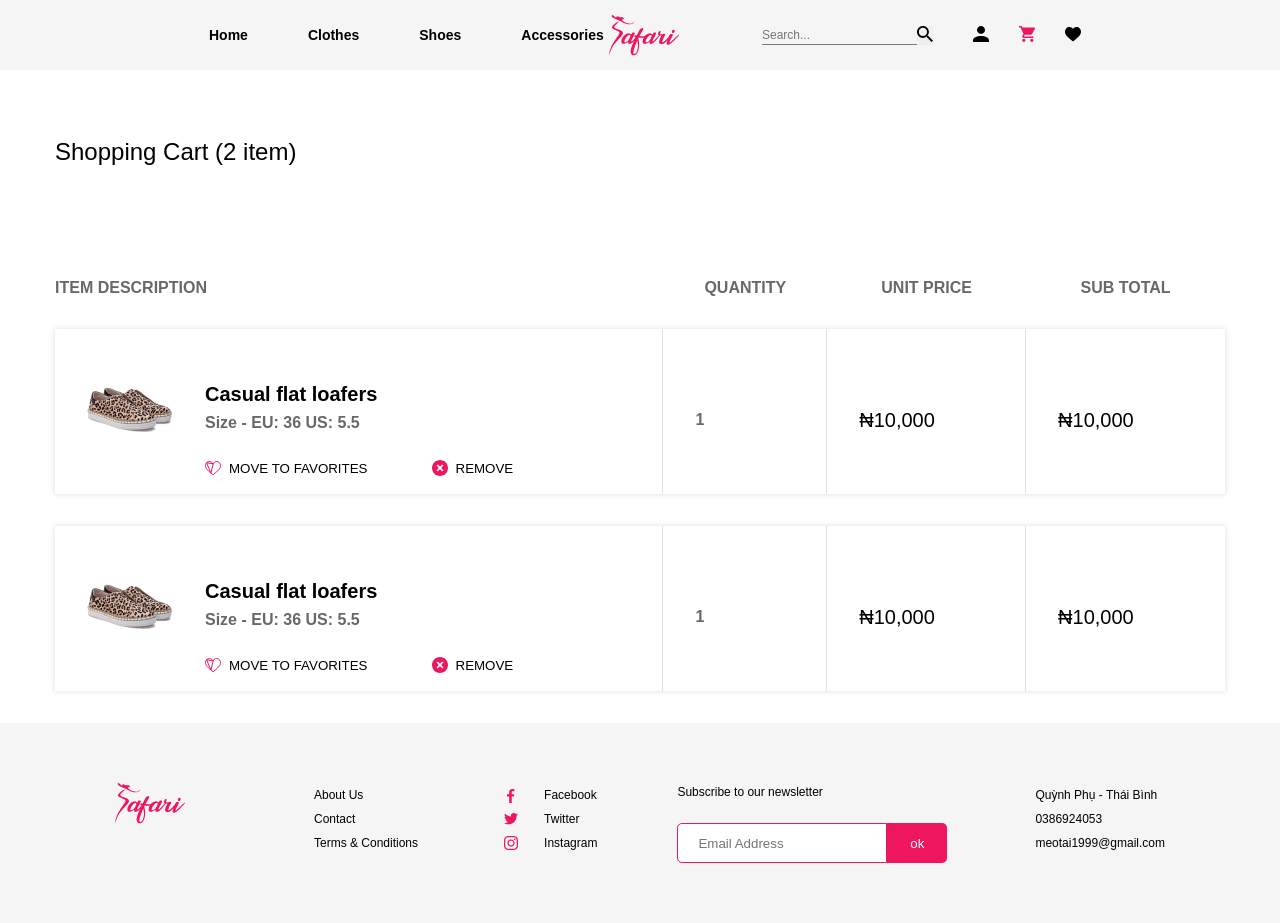
Repository: tboy1999/safari
Page: views/cart.html
These files come from the project's save history. The page is drawn as it stood at one moment and after the next save; the edit follows.
The browser window is 1280 px wide. The pictures show the whole page.
Some web libraries are served in a nearby version. The style sheet was rebuilt from its Sass, Less or Tailwind sources for each picture, by a compiler version that may differ from the author's.

Above is the page before, as saved 2022-04-28 14:08:39.

After the next save:
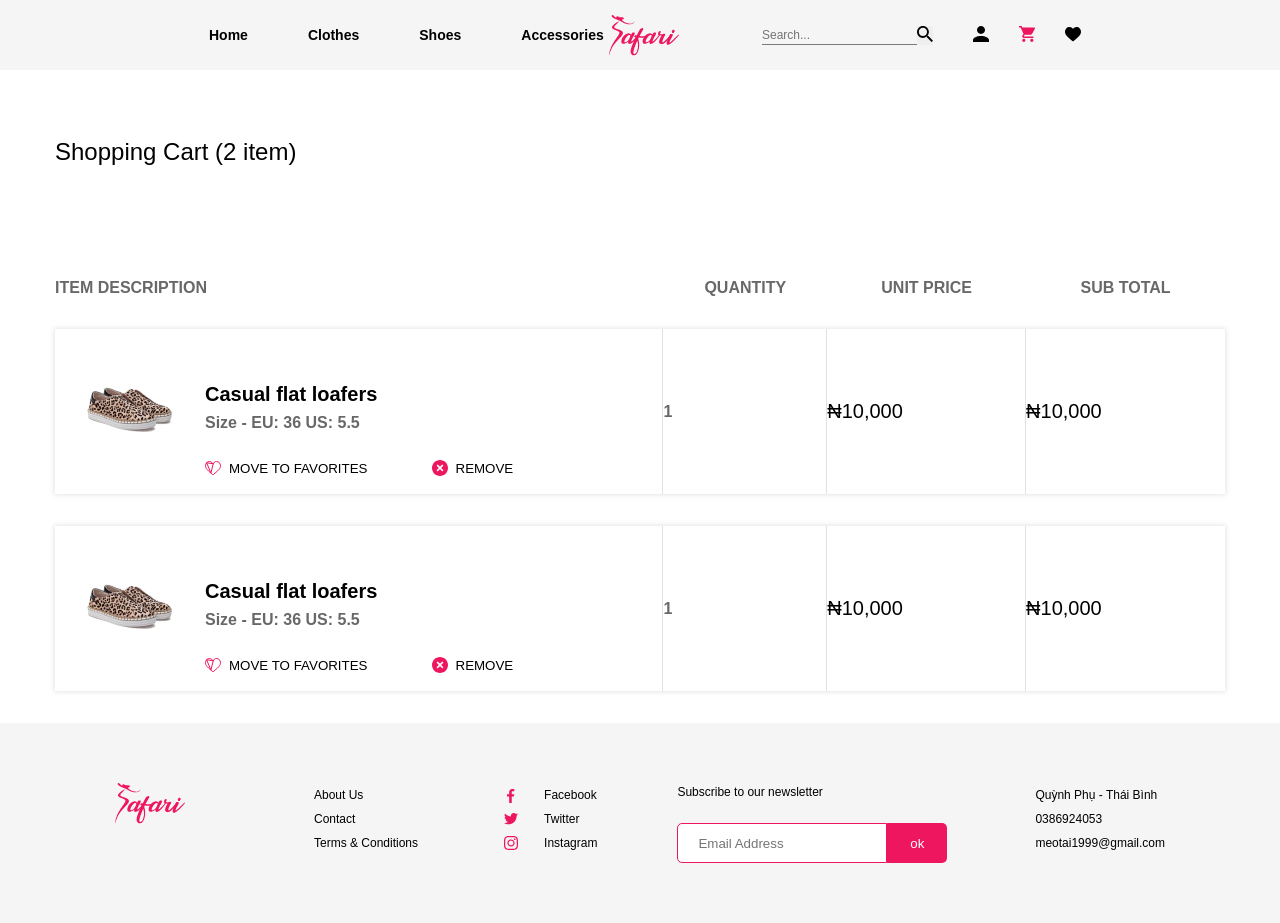
Saved 45 s later.
--- a/scss/cart.scss
+++ b/scss/cart.scss
@@ -31,7 +31,7 @@
         background: #FFFFFF;
         box-shadow: 0px 0px 5px 1px rgba(0, 0, 0, 0.1);
       }
-      td {
+      td:first-child {
         padding: 35px 0 18px 32px
       }
       td:not(:last-child) {
